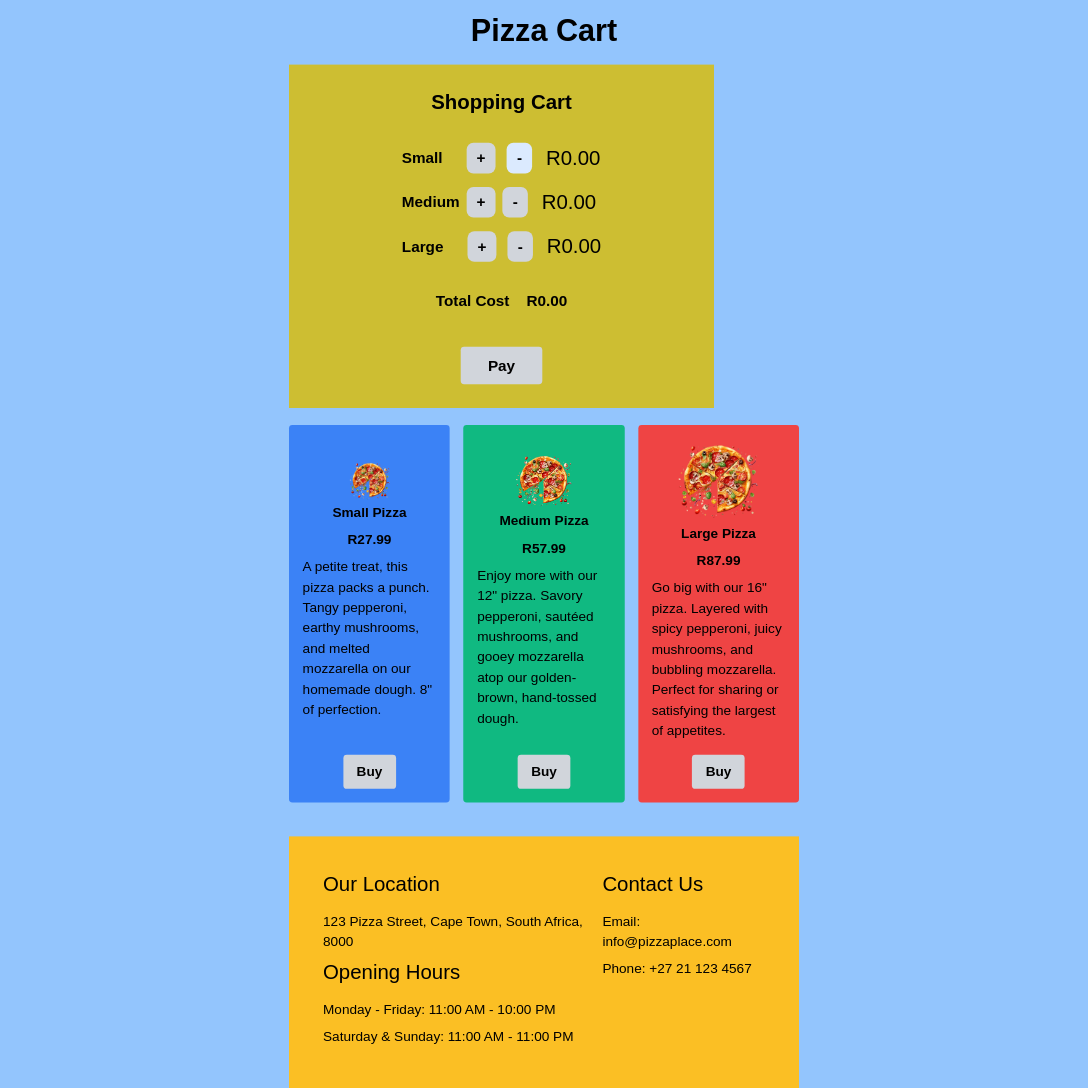
Repository: lasity34/pizza_cart
Page: index.html
The author's editor kept a copy of each file at every save. The page is drawn from the files as they stood at one save, then again after the next save.
The browser window is 1280 px wide. The pictures show the whole page, at 85% of full size.
Some web fonts or font styles are not loaded; a fallback is used. Some web libraries are served in a nearby version.

Above is the page before, as saved 2023-07-12 14:33:51.

After the next save:
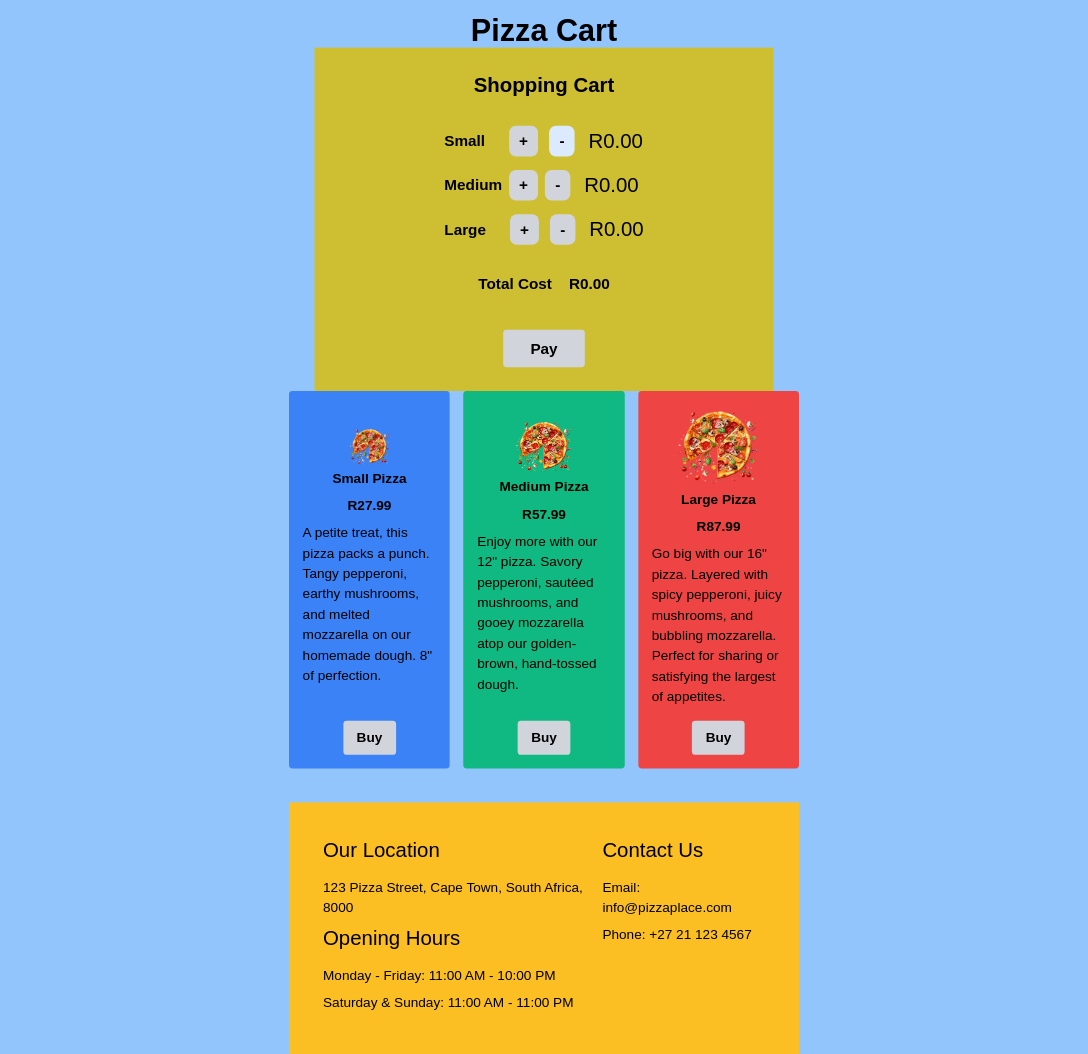
Saved 29 s later.
--- a/style.css
+++ b/style.css
@@ -8,7 +8,8 @@ font-family: 'Tsukimi Rounded', sans-serif;
 
 .shop-container {
     background-color: rgb(205, 190, 50);
-    max-width: 500px;
+    max-width: 90%;
+    margin: 0 auto;
 }
 
 input::-webkit-outer-spin-button,
